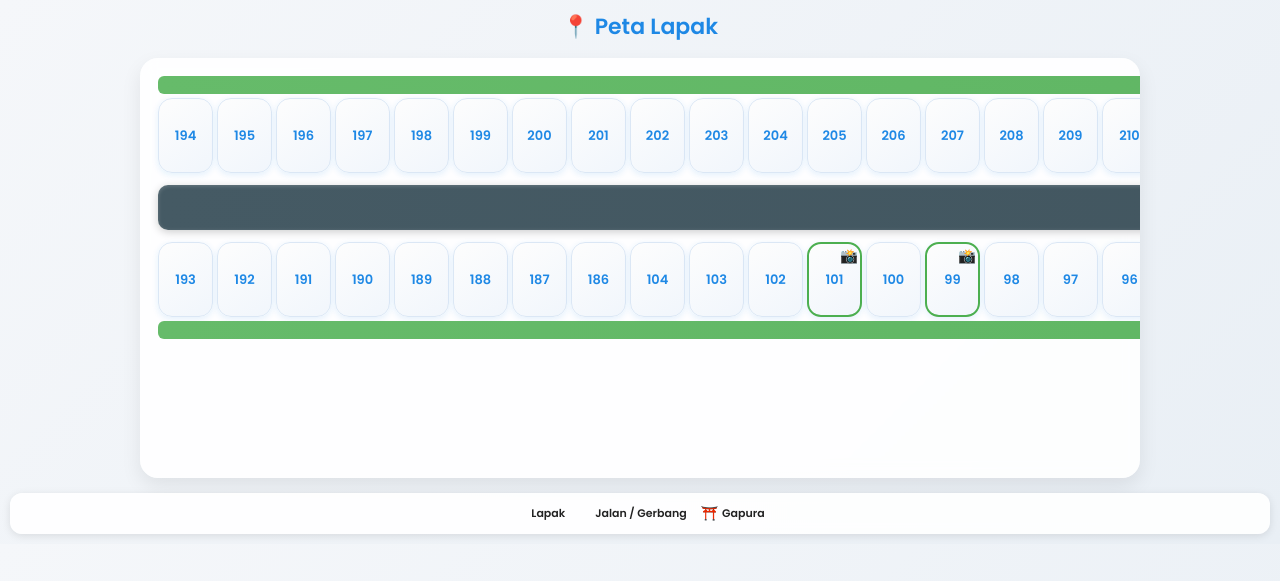
Repository: pasarrakyatbak/denah
Page: index.html
The author's editor kept a copy of each file at every save. The page is drawn from the files as they stood at one save, then again after the next save.
The browser window is 1280 px wide. The pictures show the whole page.

Above is the page before, as saved 2025-09-20 10:49:37.

After the next save:
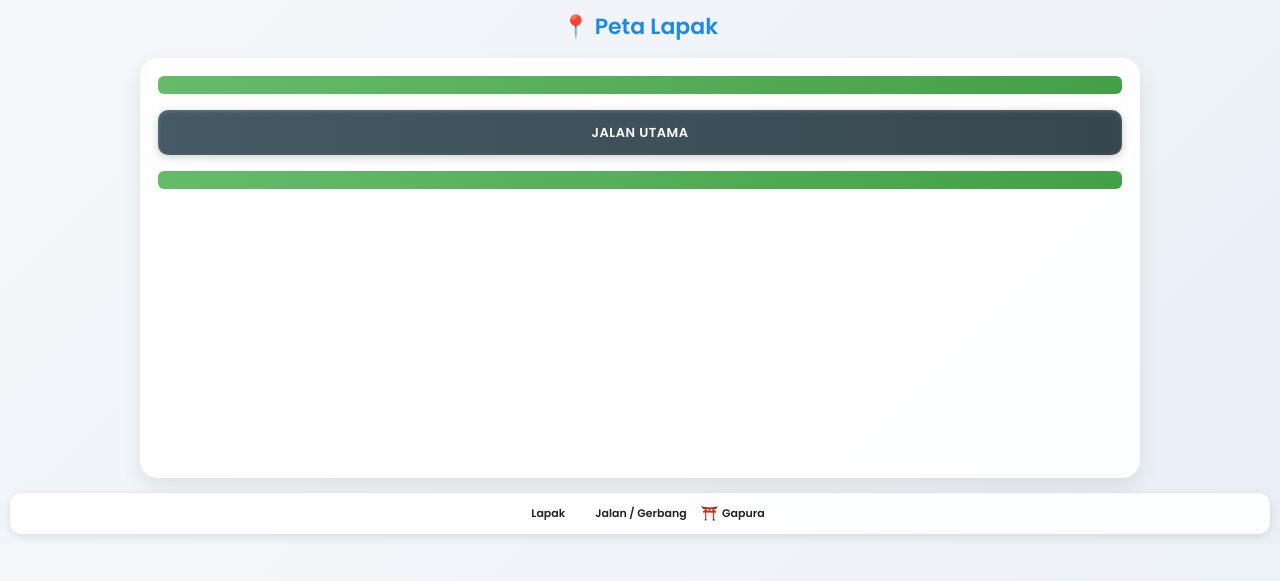
Console error: SyntaxError: Unexpected number
Saved 4 s later.
--- a/script.js
+++ b/script.js
@@ -115,6 +115,7 @@
     86: 'images/lapak86.jpg',
     99: 'images/lapak99.jpg',
     101: 'images/lapak108.jpg'
+    37: 'images/lapak37.jpg'
     // Tambahkan sesuai kebutuhan
 };
 

After the 5 saves that followed:
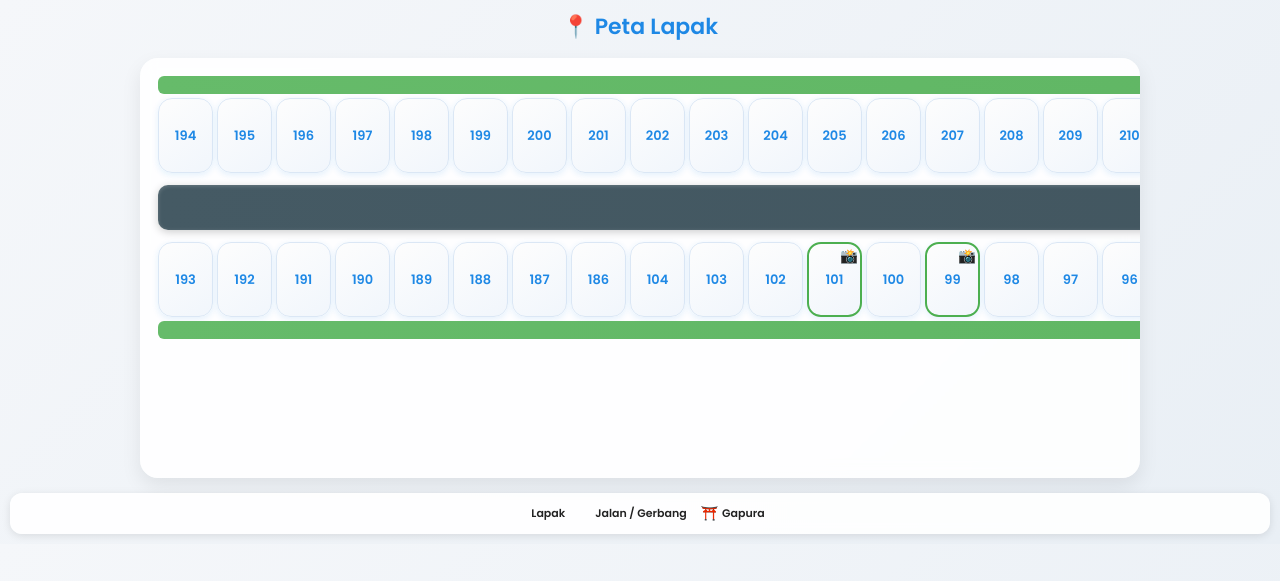
The error is gone.
The 5 saves are shown as one change because 1 left the picture as it was and some came seconds apart.
The last was saved 18 s later.
--- a/script.js
+++ b/script.js
@@ -114,7 +114,8 @@
     84: 'images/lapak84.jpg',
     86: 'images/lapak86.jpg',
     99: 'images/lapak99.jpg',
-    101: 'images/lapak108.jpg'
+    101: 'images/lapak108.jpg',
+    124: 'images/lapak124.jpg',
     37: 'images/lapak37.jpg'
     // Tambahkan sesuai kebutuhan
 };
